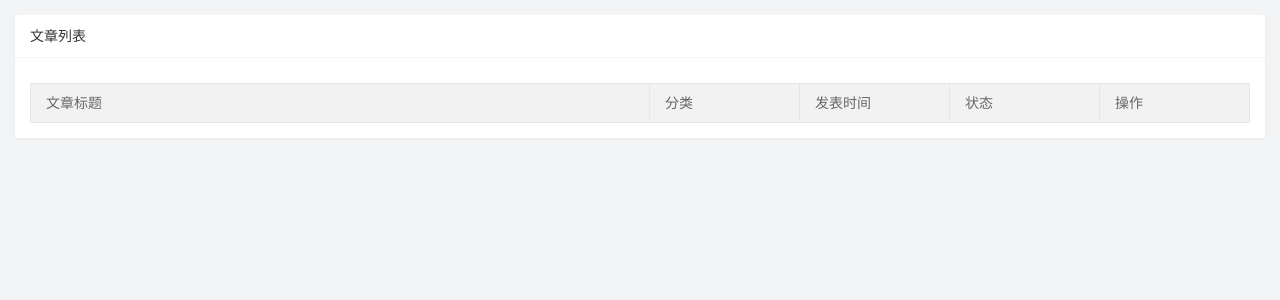
Repository: haloxxi/web_bigevent
Page: article/art-list.html
The author's editor kept a copy of each file at every save. The page is drawn from the files as they stood at one save, then again after the next save.
The browser window is 1280 px wide. The pictures show the whole page.
The page's requests for data from a server got no answer.

Above is the page before, as saved 2022-06-29 15:33:47.
Console error: TypeError: Cannot read properties of undefined (reading 'status')

After the next save:
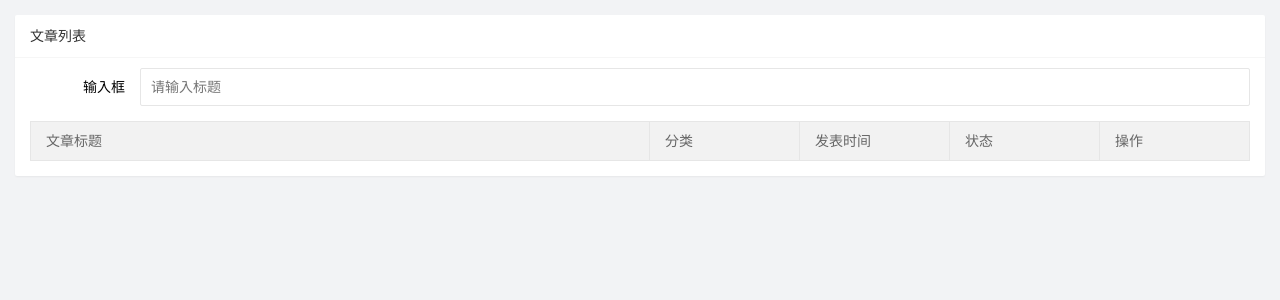
Saved 40 s later.
--- a/article/art-list.html
+++ b/article/art-list.html
@@ -25,6 +25,10 @@
                         <option value="2">广州</option>
                         <option value="3">深圳</option>
                         <option value="4">杭州</option> -->
+                    <label class="layui-form-label">输入框</label>
+                    <div class="layui-input-block">
+                        <input type="text" name="title" required lay-verify="required" placeholder="请输入标题" autocomplete="off" class="layui-input">
+                    </div>
 
                 </div>
             </form>
